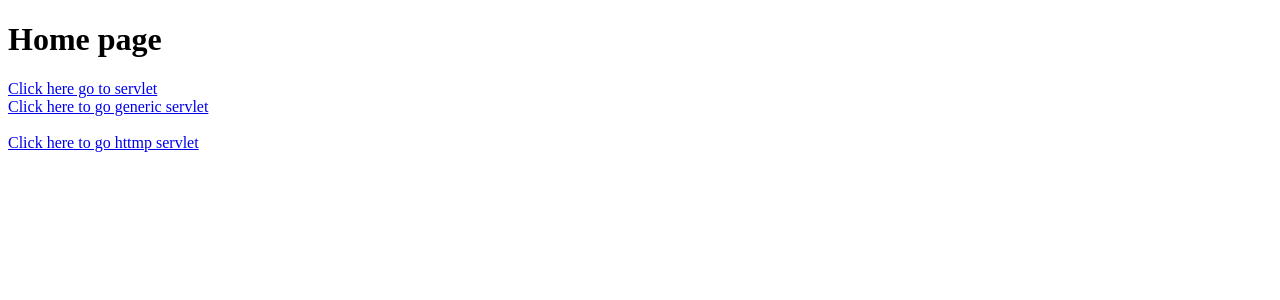
Repository: kunwaraman/Servlets-Jsp-Tuto
Page: CreateServletUsingInterface/src/main/webapp/index.html
An editor plug-in stored every save of this project. The page is shown before and after the next save, followed by the edit.
The browser window is 1280 px wide. The pictures show the whole page.

Above is the page before, as saved 2024-10-24 16:45:05.

### CreateServletUsingInterface/src/main/webapp/index.html

<!DOCTYPE html>
<html>
<head>
<meta charset="ISO-8859-1">
<title>Insert title here</title>
</head>
<body>
	<h1>Home page</h1>
	<a href="app">Click here go to servlet</a> <br>

	<a href="app2">Click here to go generic servlet</a>  <br> <br>

	<a href="app3">Click here to go httmp servlet</a>
</body>
</html>

After the next save:
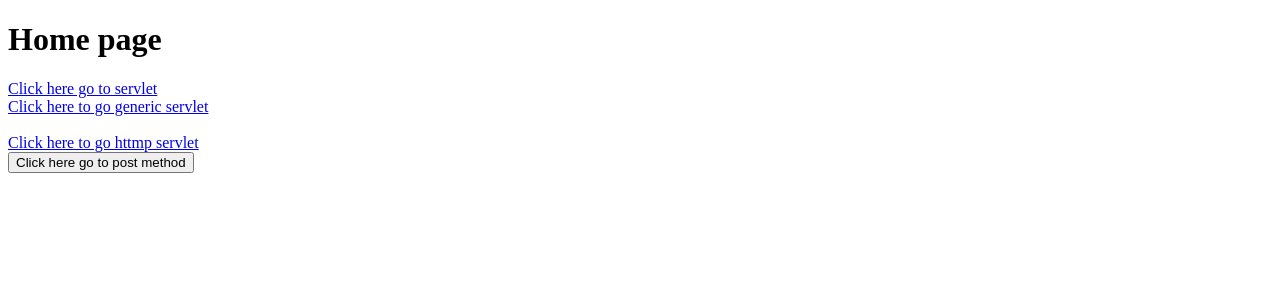
Saved 2 min 48 s later.
--- a/CreateServletUsingInterface/src/main/webapp/index.html
+++ b/CreateServletUsingInterface/src/main/webapp/index.html
@@ -7,10 +7,17 @@
 </head>
 <body>
 	<h1>Home page</h1>
-	<a href="app">Click here go to servlet</a> <br>
+	<a href="app">Click here go to servlet</a>
+	<br>
 
-	<a href="app2">Click here to go generic servlet</a>  <br> <br>
+	<a href="app2">Click here to go generic servlet</a>
+	<br>
+	<br>
 
 	<a href="app3">Click here to go httmp servlet</a>
+
+	<form action="app3">
+		<button type="submit">Click here go to post method</button>
+	</form>
 </body>
 </html>
